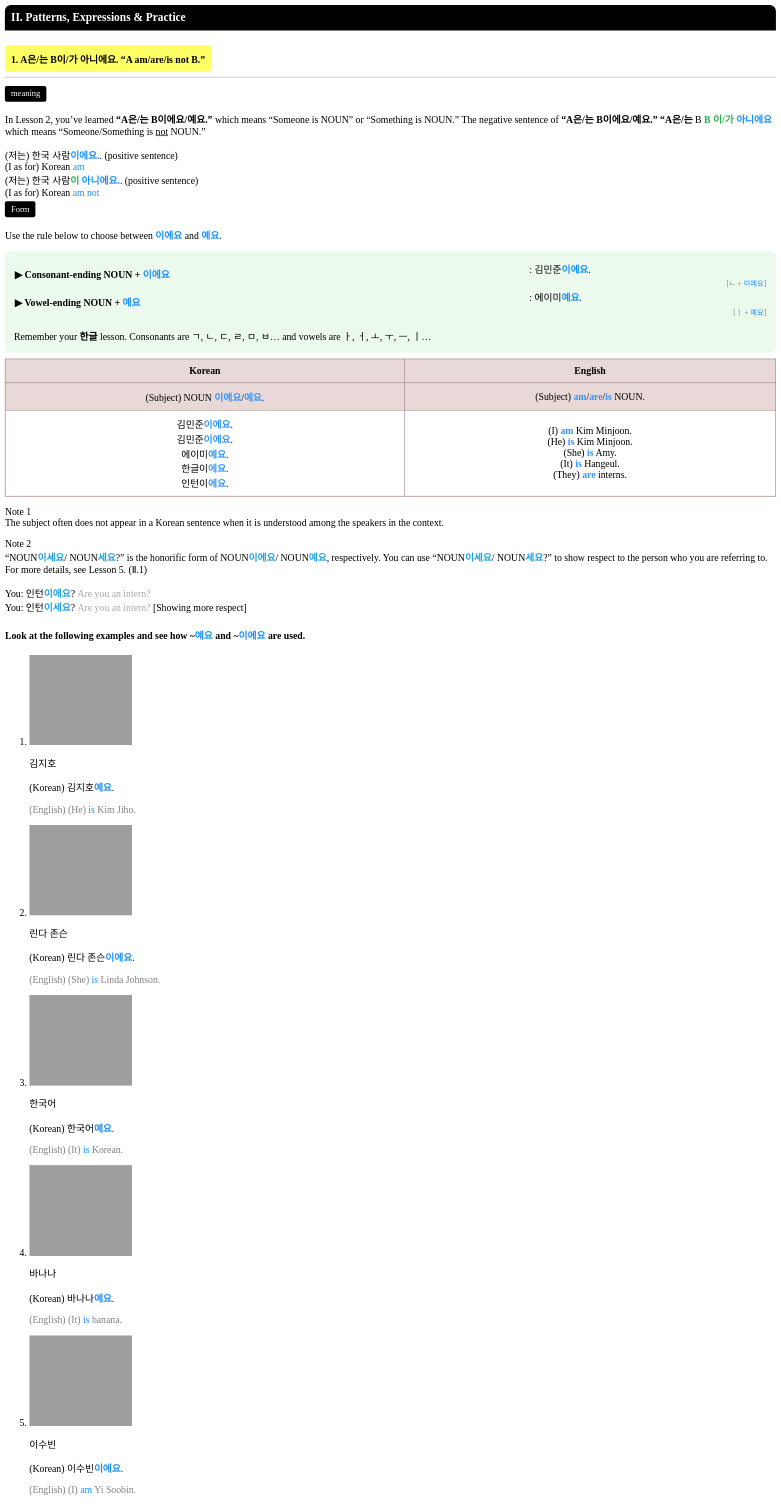
Repository: elliehong89/pineapple-content
Page: 1.anytimekorea/chap3/섹션6.html
An editor plug-in stored every save of this project. The page is shown before and after the next save, followed by the edit.
The browser window is 1280 px wide. The pictures show the whole page, at 61% of full size.
Pictures or frames that could not be fetched are drawn as grey boxes.

Above is the page before, as saved 2025-02-19 18:41:25.

After the next save:
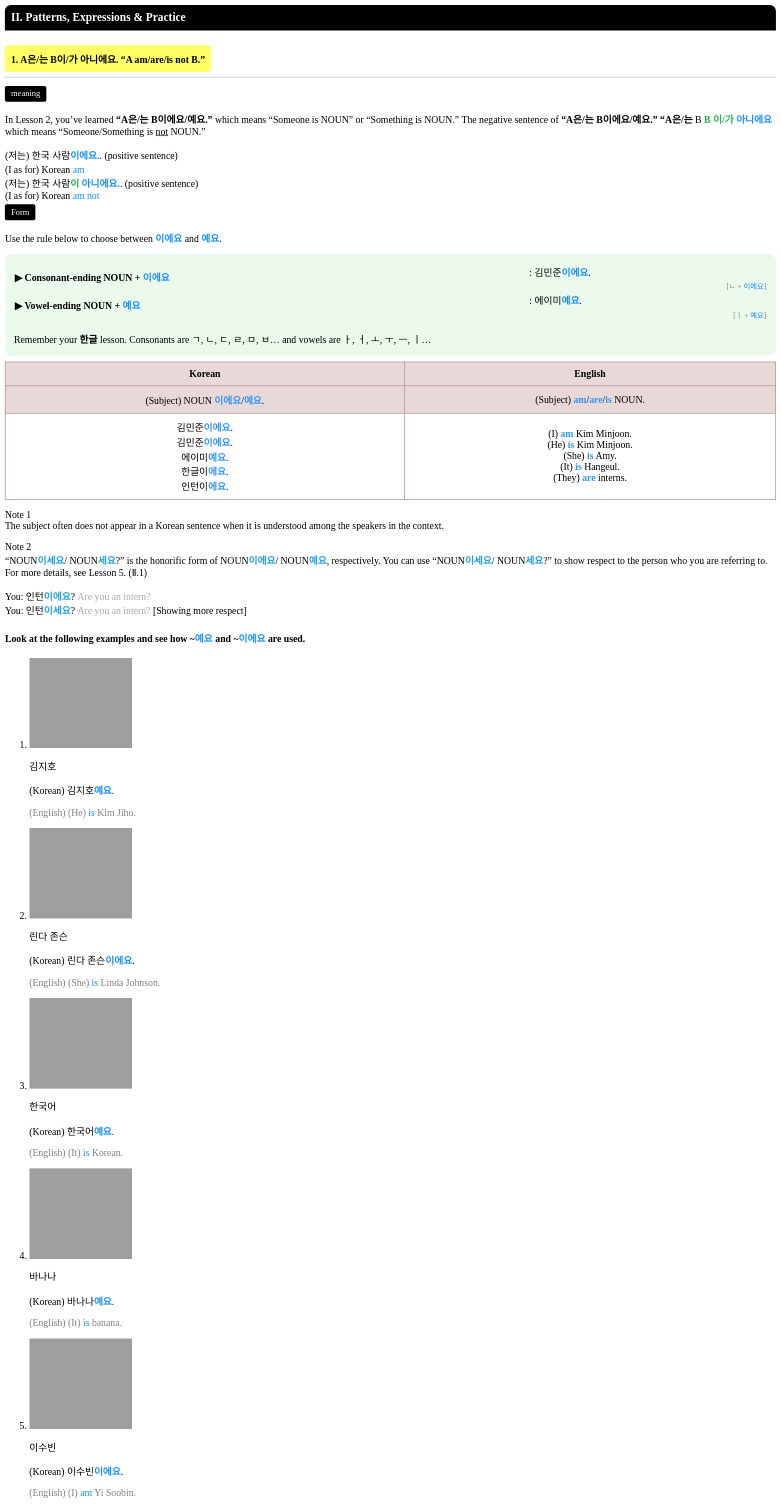
Saved 48 s later.
--- a/1.anytimekorea/chap3/섹션6.html
+++ b/1.anytimekorea/chap3/섹션6.html
@@ -18,7 +18,7 @@
     <span style="color: #1890FF; font-weight: bold;">아니에요</span>
     which means “Someone/Something is <span style="text-decoration: underline;">not</span> NOUN.”
 </p>
-<div style="display: flex; flex-direction: column;">
+<div style="display: flex; flex-direction: column; gap: 5px;">
     <p style="margin: 0; padding: 0;">(저는) 한국 사람<span style="color: #1890FF; font-weight: bold;">이에요.</span>. (positive sentence)</p>
     <p style="margin: 0; padding: 0;">(I as for) Korean <span style="color:#1890FF;">am</span></p>
 </div>
